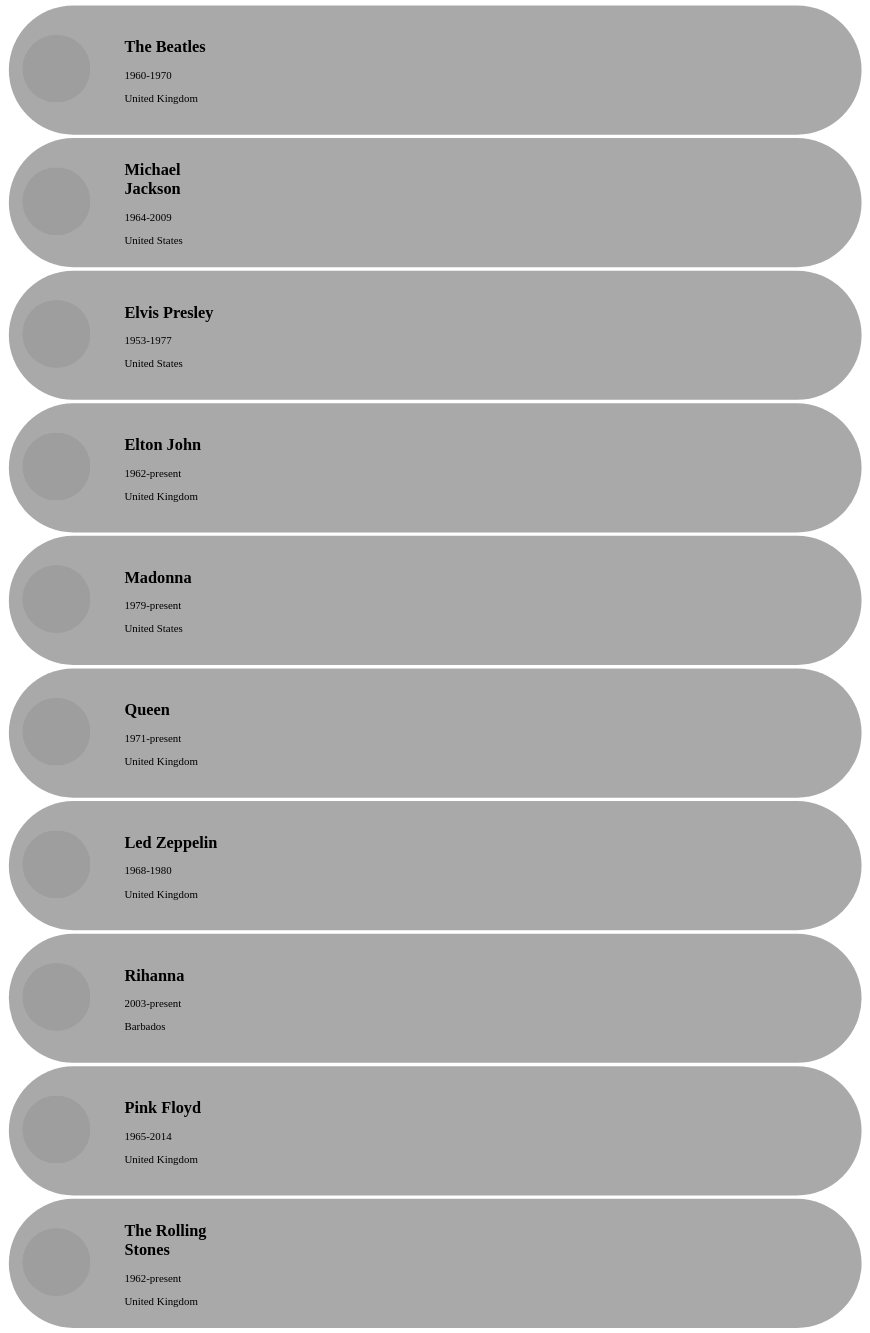
Repository: MelissaJacobi/Frontend-lab-2
Page: /
An editor plug-in stored every save of this project. The page is shown before and after the next save, followed by the edit.
The browser window is 1280 px wide. The pictures show the whole page, at 68% of full size.
Pictures or frames that could not be fetched are drawn as grey boxes. The project was rebuilt for these pictures with package versions that can differ from the ones it lists, and the page was loaded fresh each time. Also part of the build but not shown: vite.config.js.

Above is the page before, as saved 2024-09-19 14:04:59.

After the next save:
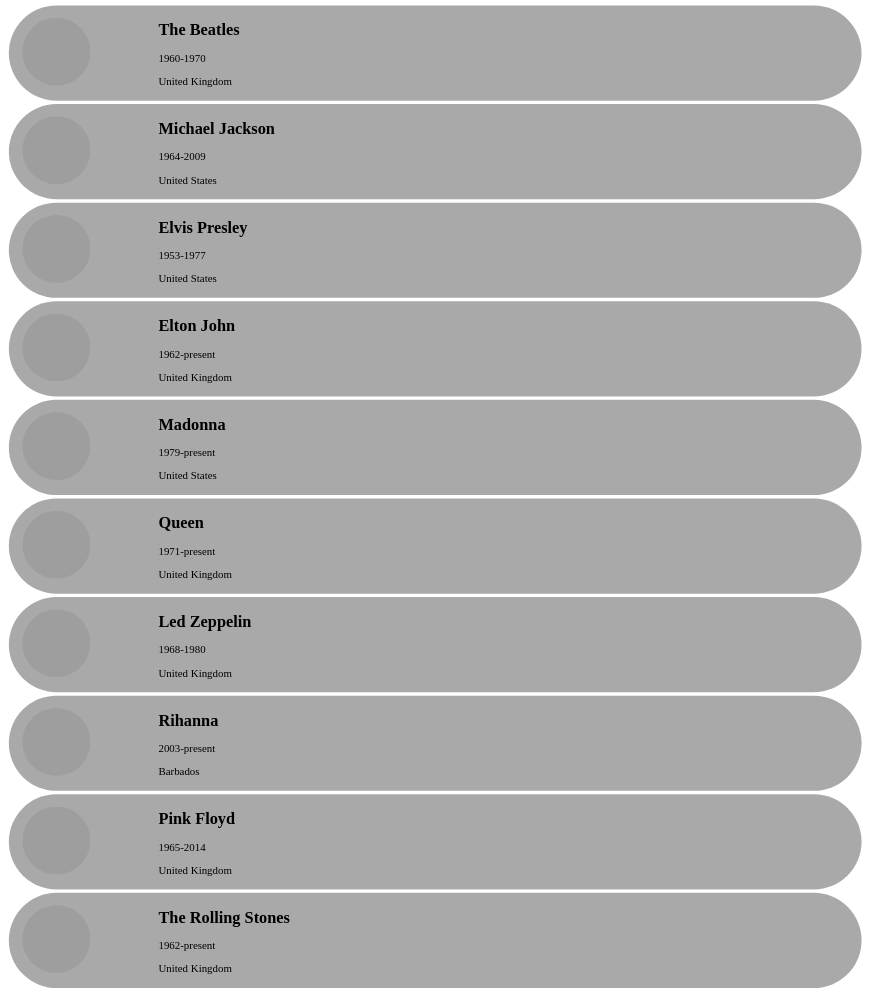
Saved 9 s later.
--- a/src/index.css
+++ b/src/index.css
@@ -16,9 +16,9 @@
     display: flex;
     align-items: center;
     border-radius: 100px;
-    height: 150px;
+    height: 100px;
 }
 
 .artist_li div {
-    width: 150px;
+    width: 200px;
 }
